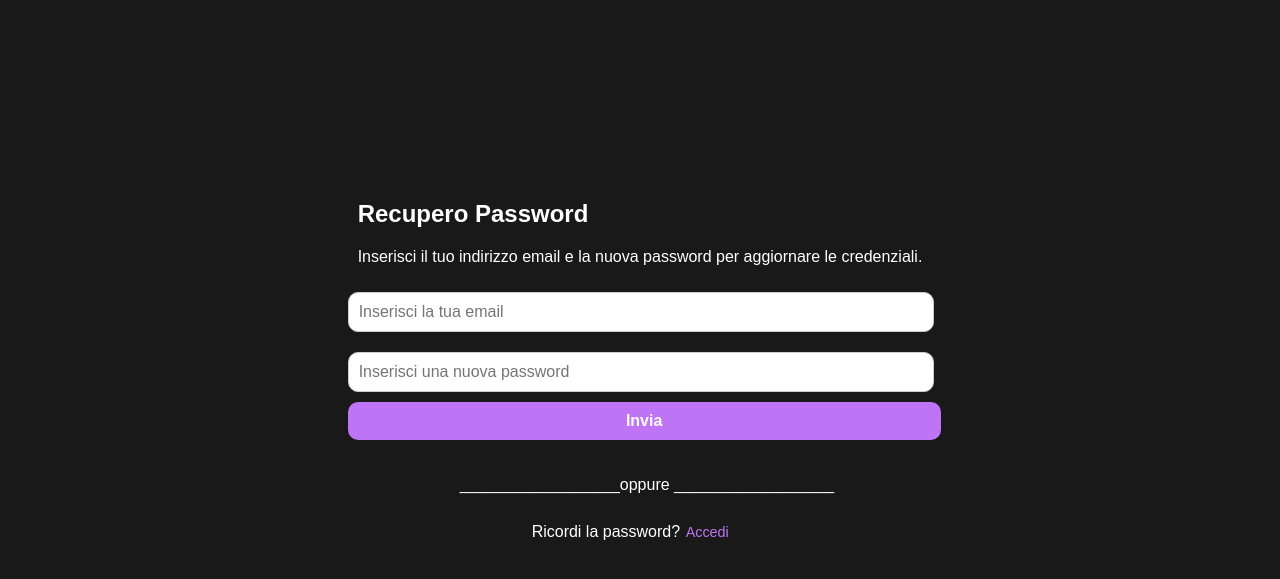
Repository: maxdl98/AppAuto
Page: http://localhost/RecuperoPassword
These files come from the project's save history. The page is drawn as it stood at one moment and after the next save; the edit follows.
The browser window is 1280 px wide. The pictures show the whole page.
The page is this project's Thymeleaf template; nobody is signed in. The template is opened directly, without the code that normally fills it, so the values that code supplies are empty.

Above is the page before, as saved 2025-01-13 08:22:26.

### AutoApp/src/main/resources/templates/RecuperoPassword.html
<!DOCTYPE html>
<html lang="en">

<head>
    <meta charset="UTF-8">
    <meta name="viewport" content="width=device-width, initial-scale=1.0">
    <title>Recupero Password</title>
    <style>
        /* Stile generale */
        body {
            background-color: rgba(0, 0, 0, 0.9);
            display: flex;
            justify-content: center;
            align-items: center;
            height: 100vh;
            margin: 0;
            font-family: Arial, sans-serif;
            color: white;
        }

        .form h2 {
            margin-bottom: 20px;
            color: white;
        }

        .form input[type="email"],
        .form input[type="password"] {
            width: 100%;
            padding: 10px;
            margin: 10px 0;
            border: 1px solid #ccc;
            border-radius: 10px;
            font-size: 1rem;
            position: relative;
            right: 10px;
        }

        .form button {
            width: 105%;
            padding: 10px;
            background-color: #bf74f5;
            border: none;
            border-radius: 10px;
            color: white;
            font-size: 1rem;
            font-weight: bold;
            cursor: pointer;
            position: relative;
            right: 10px;
        }

        .form button:hover {
            background-color: #e07fe0;
        }

        .form a {
            display: block;
            margin-top: 15px;
            text-decoration: none;
            font-size: 0.9rem;
            position: relative;
            left: 328px;
            color: #bf74f5;
        }

        .form a:hover {
            text-decoration: underline;
        }

        .oppure {
            position: relative;
            left: 102px;
            top: 20px;
        }

        .ricordi {
            position: relative;
            top: 33px;
            left: 174px;
        }
    </style>
</head>

<body>
    <div class="form">
        <h2>Recupero Password</h2>
        <p>Inserisci il tuo indirizzo email e la nuova password per aggiornare le credenziali.</p>
        <form id="passwordRecoveryForm">
            <!-- Aggiungi un attributo name non comune -->
            <input id="em" type="email" name="email_recovery" placeholder="Inserisci la tua email" autocomplete="off" required>
            <!-- Modifica l'autocomplete della password per evitare il riempimento automatico -->
            <input id="pass" type="password" name="password_recovery" placeholder="Inserisci una nuova password" autocomplete="new-password" required>
            <button type="submit">Invia</button>
        </form>
        <p class="oppure"> __________________oppure __________________ </p>
        <p class="ricordi"> Ricordi la password? </p>
        <a class="accedi" href="Login.html"> Accedi </a>
    </div>

    <script>
        document.addEventListener("DOMContentLoaded", function () {
            const emailInput = document.getElementById("em");
            const passwordInput = document.getElementById("pass");

            if (emailInput) emailInput.value = "";
            if (passwordInput) passwordInput.value = "";
        });

        // Gestisce il submit del form di recupero password
        document.getElementById("passwordRecoveryForm").addEventListener("submit", async (event) => {
            event.preventDefault(); // Evita il comportamento predefinito del form

            // Ottieni i valori tramite gli ID
            const emailInput = document.getElementById('em').value.trim();
            const passwordInput = document.getElementById('pass').value.trim();

            // Verifica se i campi sono vuoti
            if (!emailInput || !passwordInput) {
                alert("Tutti i campi sono obbligatori.");
                return;
            }

            try {
                // URL dell'API
                const url = 'http://localhost:8080/api/v1/pass';

                // Chiamata API
                const response = await fetch(url, {
                    method: 'PUT',
                    headers: {
                        'Content-Type': 'application/json',
                        'Accept': 'application/json'
                    },
                    body: JSON.stringify({ email: emailInput, password: passwordInput })
                });

                if (!response.ok) {
                    throw new Error(`Errore HTTP: ${response.status}`);
                }

                const result = await response.json();
                console.log('Risultato della risposta:', result);

                alert('Password aggiornata con successo!');
                window.location.href = 'Login.html';

            } catch (error) {
                console.error('Errore durante il fetch:', error);
                alert('Errore: ' + error.message);
            }
        });
    </script>
</body>

</html>

After the next save:
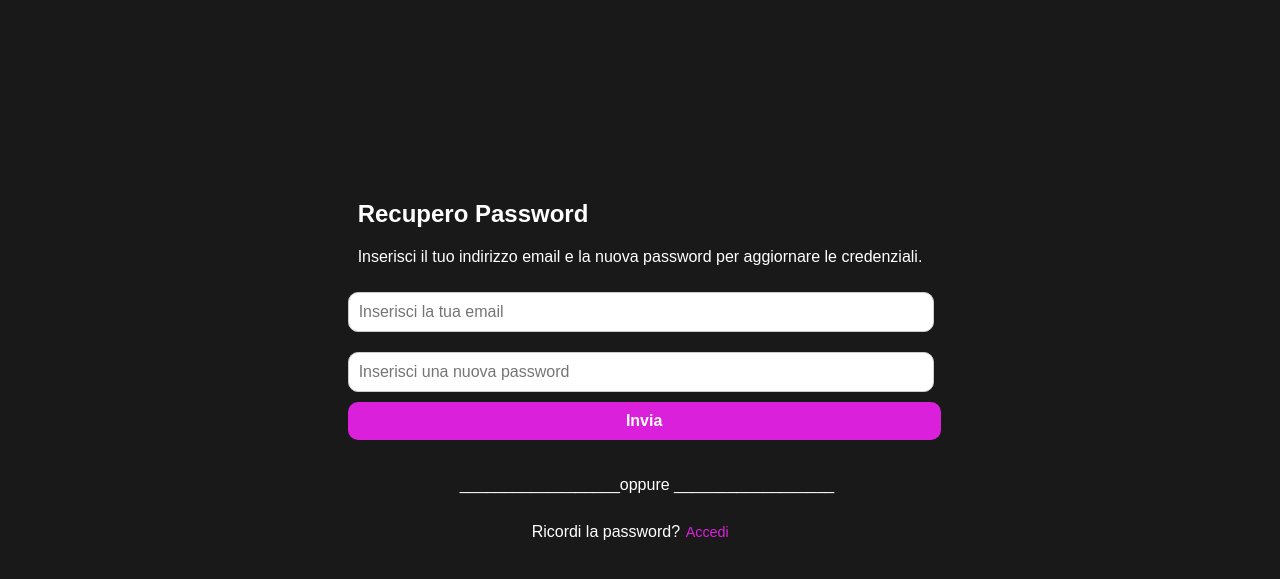
Saved 6 min 29 s later.
--- a/AutoApp/src/main/resources/templates/RecuperoPassword.html
+++ b/AutoApp/src/main/resources/templates/RecuperoPassword.html
@@ -38,7 +38,7 @@
         .form button {
             width: 105%;
             padding: 10px;
-            background-color: #bf74f5;
+            background-color: #da20da;
             border: none;
             border-radius: 10px;
             color: white;
@@ -50,7 +50,7 @@
         }
 
         .form button:hover {
-            background-color: #e07fe0;
+            background-color: #da20da;
         }
 
         .form a {
@@ -60,7 +60,7 @@
             font-size: 0.9rem;
             position: relative;
             left: 328px;
-            color: #bf74f5;
+            color: #da20da;
         }
 
         .form a:hover {
